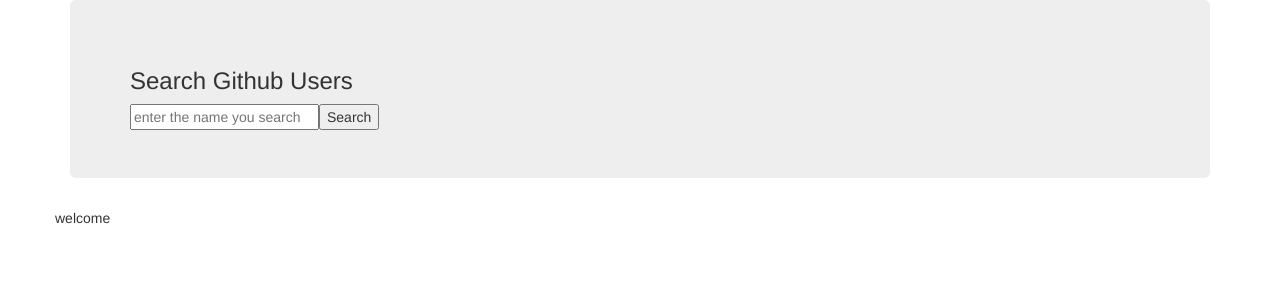
Repository: 319226862/wyy
Page: / (app in Search/)
An editor plug-in stored every save of this project. The page is shown before and after the next save, followed by the edit.
The browser window is 1280 px wide. The pictures show the whole page.
The project was rebuilt for these pictures with package versions that can differ from the ones it lists, and the page was loaded fresh each time. Also part of the build but not shown: Search/vue.config.js.

Above is the page before, as saved 2023-06-27 10:48:28.

After the next save:
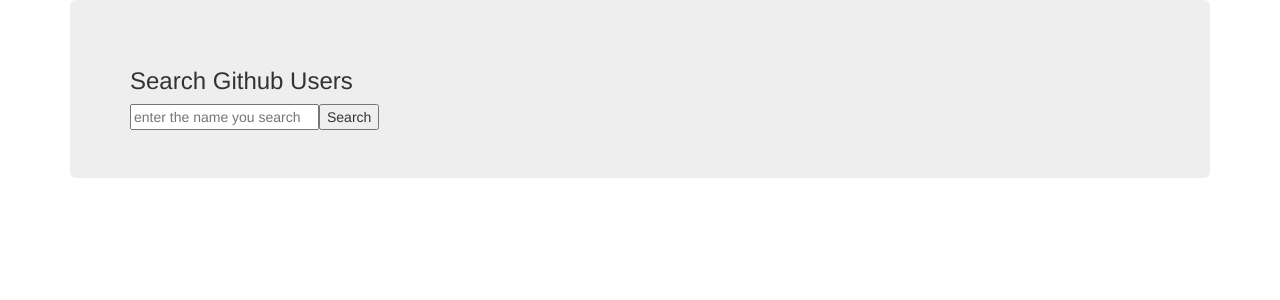
Saved 23 s later.
--- a/Search/src/components/List.vue
+++ b/Search/src/components/List.vue
@@ -6,7 +6,7 @@
             </a>
             <p class="card-text">{{ user.login }}</p>
         </div>
-        <div v-show="!info.users.length">welcome</div>
+        <div v-show="isFirst">welcome</div>
         <div v-show="info.isLoading">loading</div>
         <div v-show="info.errMsg">{{ info.errMsg }}</div>
     </div>

After the save that followed:
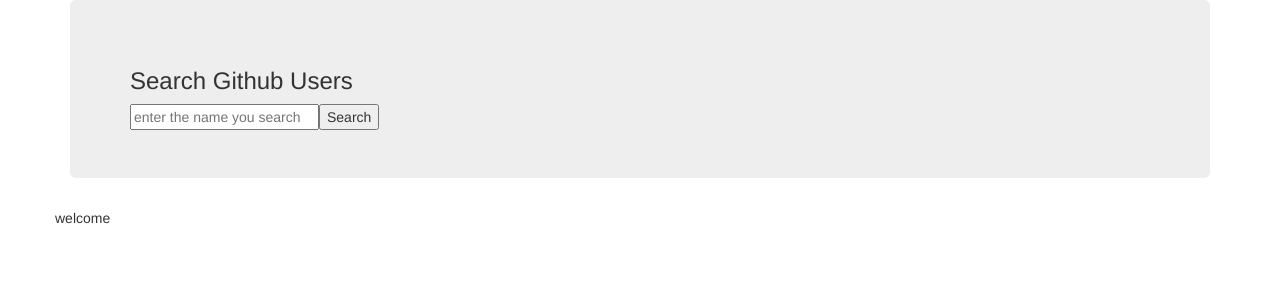
Saved 61 s later.
--- a/Search/src/components/List.vue
+++ b/Search/src/components/List.vue
@@ -6,7 +6,7 @@
             </a>
             <p class="card-text">{{ user.login }}</p>
         </div>
-        <div v-show="isFirst">welcome</div>
+        <div v-show="info.isFirst">welcome</div>
         <div v-show="info.isLoading">loading</div>
         <div v-show="info.errMsg">{{ info.errMsg }}</div>
     </div>
